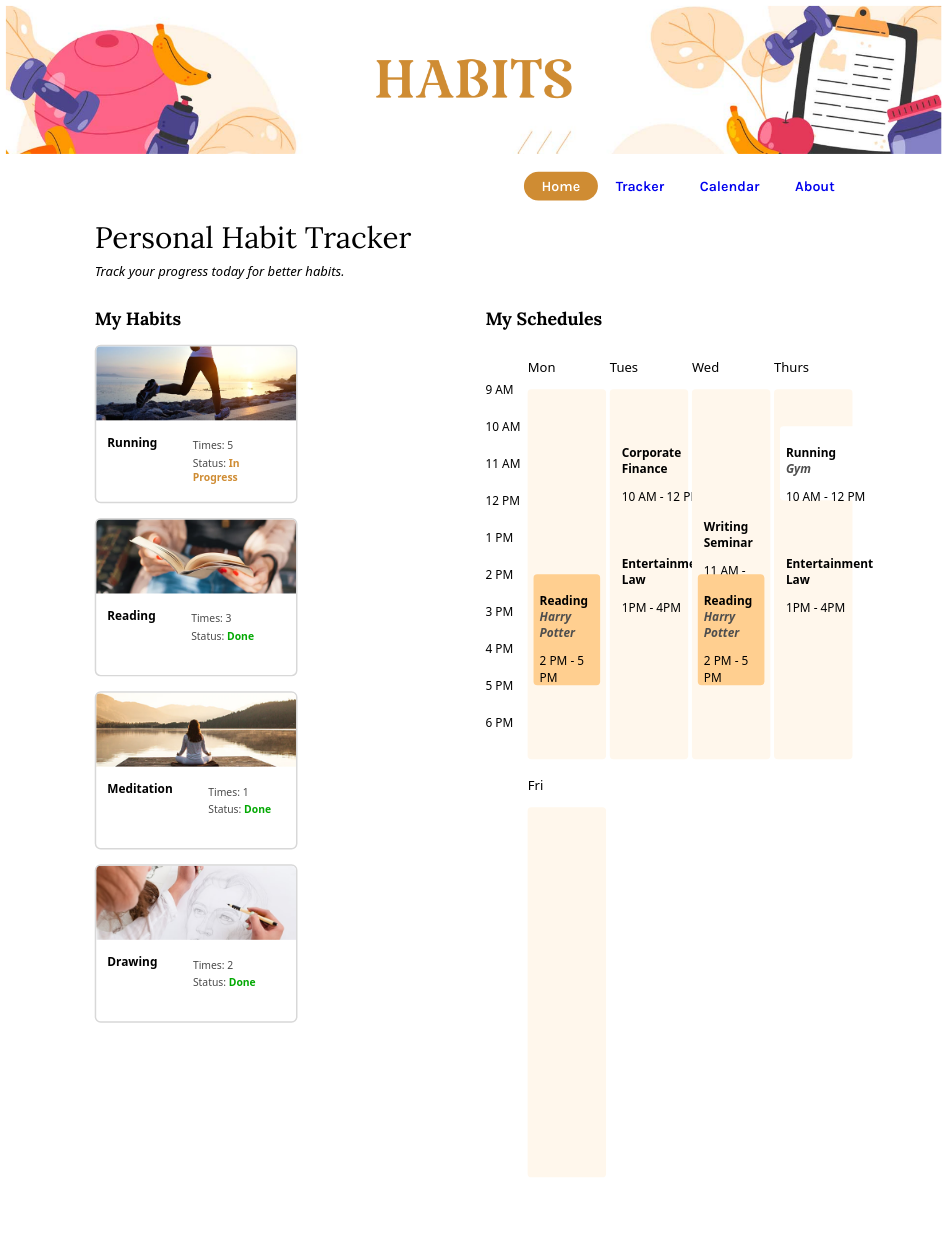
Repository: SandyLy453/habit-tracker
Page: http://localhost/
These files come from the project's save history. The page is drawn as it stood at one moment and after the next save; the edit follows.
The browser window is 1280 px wide. The pictures show the whole page, at 74% of full size.
The page is served by the project's Node server (server.js).

Above is the page before, as saved 2025-03-14 20:18:36.

After the next save:
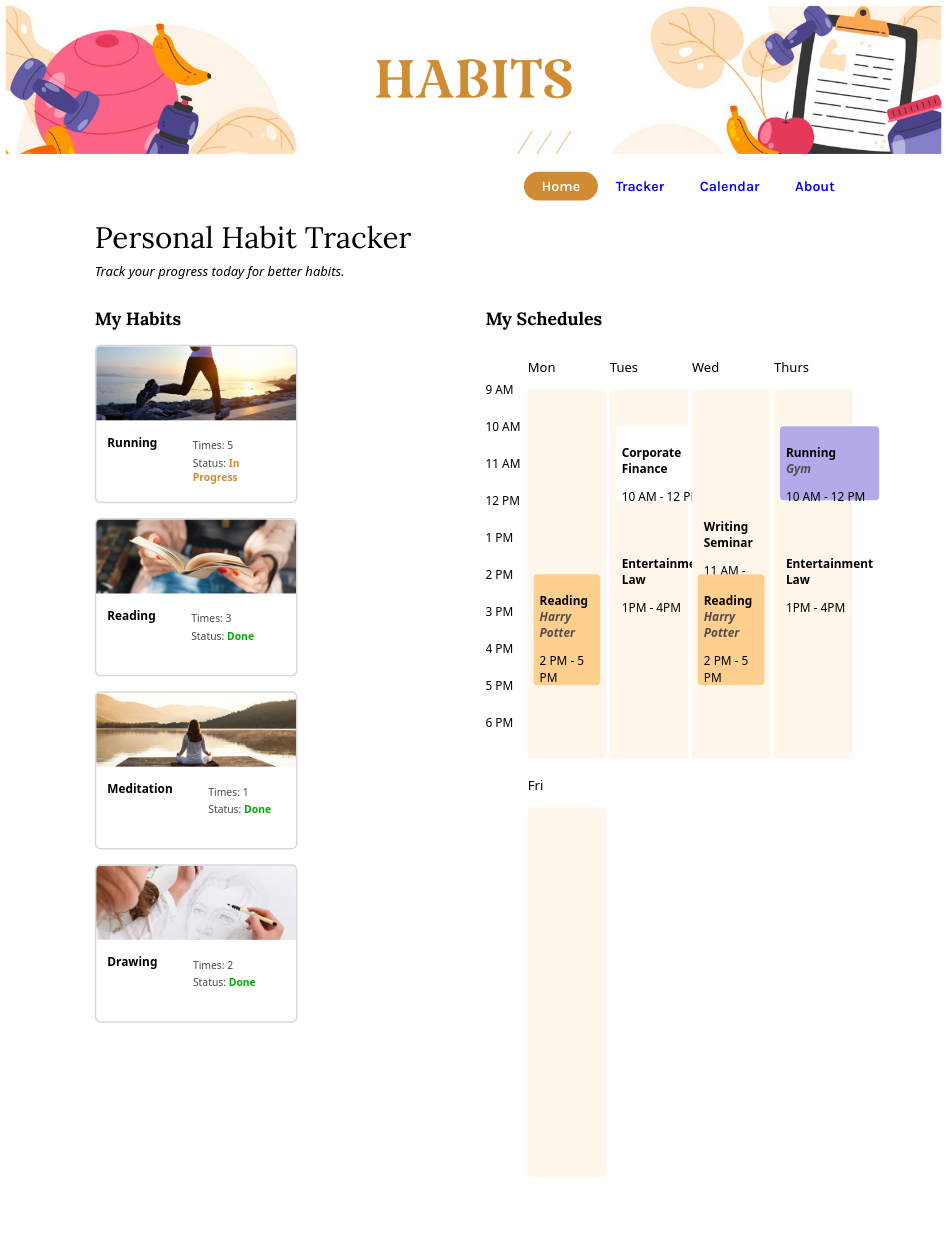
Saved 10 s later.
--- a/public/styles.css
+++ b/public/styles.css
@@ -261,8 +261,8 @@ body {
     font-family: system-ui, sans-serif;
 }
 
-.corp-fi {
-    background: var(--eventColor1);
+.running {
+    background: var(--schedules-running);
 }
 
 .ent-law {
